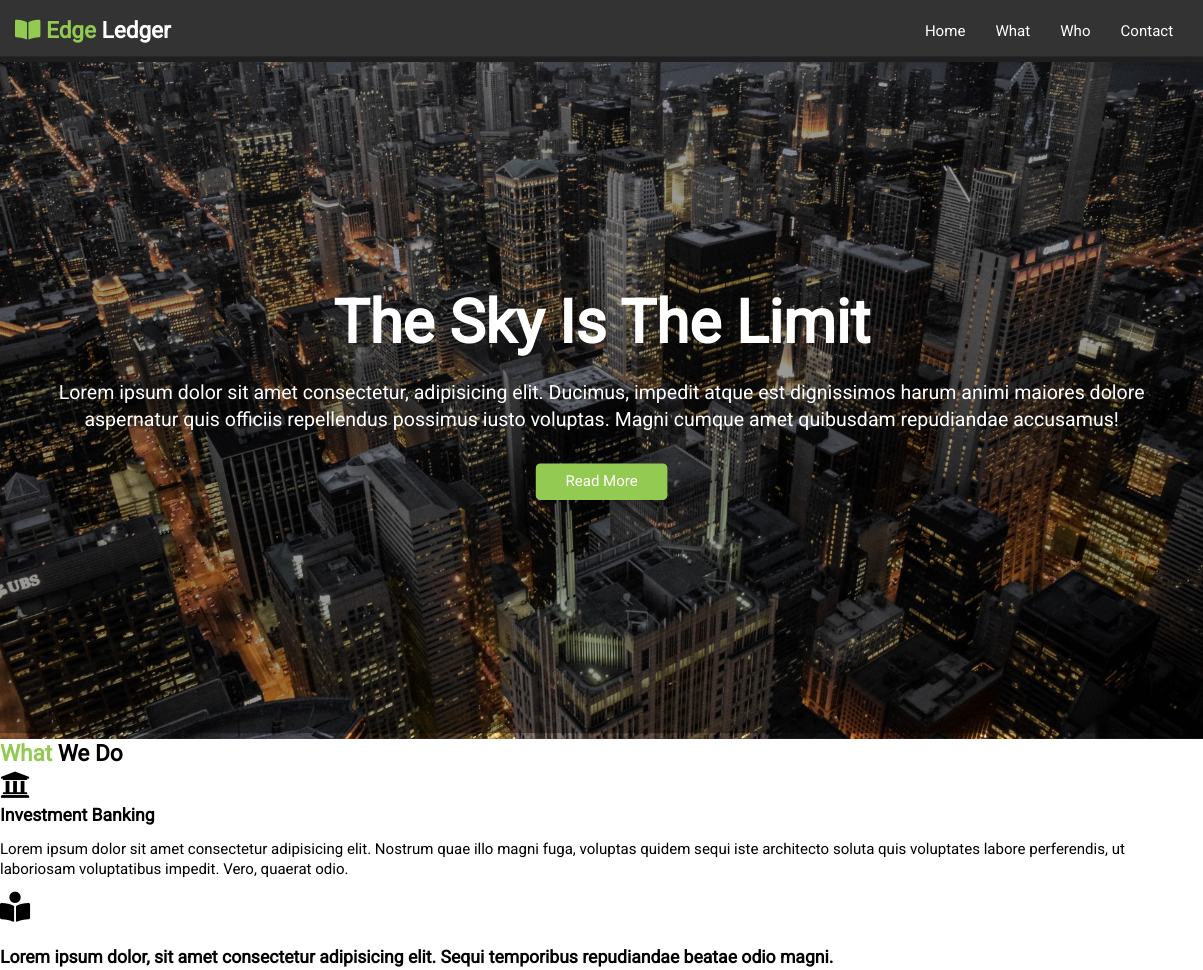
Repository: minhtien9/EdgeLedger-Financial-Web
Page: index.html
The author's editor kept a copy of each file at every save. The page is drawn from the files as they stood at one save, then again after the next save.
The browser window is 1280 px wide. The pictures show the whole page, at 94% of full size.

Above is the page before, as saved 2021-08-16 22:11:09.

### index.html
<!DOCTYPE html>
<html lang="en">

<head>
    <meta charset="UTF-8" />
    <meta http-equiv="X-UA-Compatible" content="IE=edge" />
    <meta name="viewport" content="width=device-width, initial-scale=1.0" />
    <link rel="stylesheet" href="https://cdnjs.cloudflare.com/ajax/libs/font-awesome/5.15.4/css/all.min.css" integrity="sha512-1ycn6IcaQQ40/MKBW2W4Rhis/DbILU74C1vSrLJxCq57o941Ym01SwNsOMqvEBFlcgUa6xLiPY/NS5R+E6ztJQ==" crossorigin="anonymous" referrerpolicy="no-referrer"
    />
    <link rel="stylesheet" media="screen and (max-width:768px)" href="css/mobile.css" />
    <link rel="stylesheet" media="screen  and (min-width:1100)" href="css/widescreen.css" />
    <link rel="stylesheet" href="css/style.css" />
    <title>EdgeLedger Financial | Accounting & Investment</title>
</head>

<body id="home">
    <!-- Navbar -->
    <nav id="navbar">
        <h1 class="logo">
            <span class="text-primary"> <i class="fas fa-book-open"></i> Edge </span
        >Ledger
      </h1>
      <ul>
        <li><a href="#home">Home</a></li>
        <li><a href="#what">What</a></li>
        <li><a href="#who">Who</a></li>
        <li><a href="#contact">Contact</a></li>
      </ul>
    </nav>
    <!-- Header: Showcase -->
    <header id="showcase">
      <div class="showcase-content">
        <h1 class="l-heading">The Sky Is The Limit</h1>
        <p class="lead">
          Lorem ipsum dolor sit amet consectetur, adipisicing elit. Ducimus,
          impedit atque est dignissimos harum animi maiores dolore aspernatur
          quis officiis repellendus possimus iusto voluptas. Magni cumque amet
          quibusdam repudiandae accusamus!
        </p>
        <a href="#what" class="btn">Read More</a>
      </div>
    </header>
    <!-- Section: What We Do -->
    <section id="what" class="bg-ligh py-1">
      <div class="container">
        <h2 class="m-heading"><span class="text-primary">What</span> We Do</h2>
            <div class="items">
                <div class="item">
                    <i class="fas fa-university fa-2x"></i>
                    <div>
                        <h3>Investment Banking</h3>
                        <p>
                            Lorem ipsum dolor sit amet consectetur adipisicing elit. Nostrum quae illo magni fuga, voluptas quidem sequi iste architecto soluta quis voluptates labore perferendis, ut laboriosam voluptatibus impedit. Vero, quaerat odio.
                        </p>
                    </div>
                </div>
                <div class="item">
                    <i class="fas fa-book-reader fa-2x"></i>
                    <div>
                        <h3></h3>
                    </div>
                </div>
                <div class="item">
                    <i class="fas fa-pencil-altuniversity fa-2x"></i>
                    <div>
                        <h3>
                            Lorem ipsum dolor, sit amet consectetur adipisicing elit. Sequi temporibus repudiandae beatae odio magni.
                        </h3>
                    </div>
                </div>
                <div class="item"></div>
                <div class="item"></div>
            </div>
            </div>
            </section>
</body>

</html>

### css/style.css
@import url('https://fonts.googleapis.com/css2?family=Roboto&display=swap');
* {
    box-sizing: border-box;
    margin: 0;
    padding: 0;
}

body {
    font-family: 'Roboto', sans-serif;
    line-height: 1.4;
}

a {
    text-decoration: none;
}

p {
    margin: 0.75rem 0;
}


/* Utility Classes */

.text-primary {
    color: #93cb52;
}

.l-heading {
    font-size: 4rem;
    margin-bottom: 0.75rem;
    line-height: 1.1;
}

.lead {
    font-size: 1.3rem;
    margin-bottom: 2rem;
}

.btn {
    display: inline-block;
    color: #fff;
    background: #93cb52;
    padding: 0.5rem 2rem;
    border: none;
    border-radius: 5px;
}

.btn:hover {
    background: #7ab436;
}

.btn-dark {
    background: #333;
    color: #fff;
}


/* Navbar */

#navbar {
    display: flex;
    position: stick;
    top: 0;
    background: #333;
    color: #fff;
    justify-content: space-between;
    z-index: 1;
    padding: 1rem;
}

#navbar ul {
    display: flex;
    align-items: center;
    list-style: none;
}

#navbar ul li a {
    color: #fff;
    padding: 0.75rem;
    margin: 0 0.25rem;
}

#navbar ul li a:hover {
    background: #93cb52;
    border-radius: 5px;
}


/* Showcase */

#showcase {
    background: #333 url('../img/showcase.jpg') no-repeat center center/cover;
    height: 100vh;
    color: #fff;
}

#showcase .showcase-content {
    display: flex;
    flex-direction: column;
    text-align: center;
    justify-content: center;
    align-items: center;
    height: 100%;
    padding: 0 2rem;
    /* Overlay */
    position: absolute;
    top: 60px;
    left: 0;
    background-color: rgba(0, 0, 0, 0.4);
}

Loaded but not shown: css/mobile.css (no stored copy; drawn as an empty file); css/widescreen.css (no stored copy; drawn as an empty file)

After the next save:
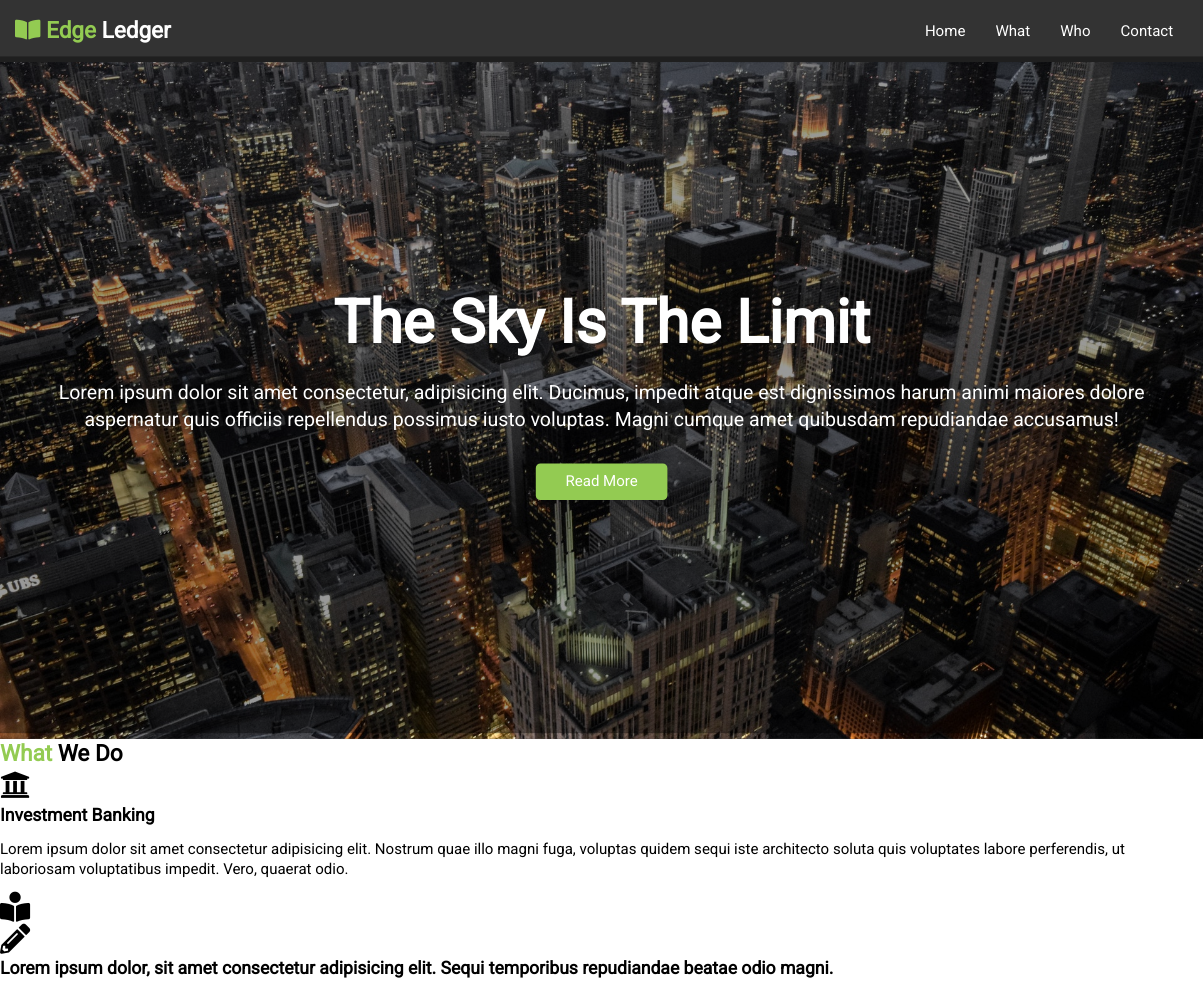
Saved 11 s later.
--- a/index.html
+++ b/index.html
@@ -61,7 +61,7 @@
                     </div>
                 </div>
                 <div class="item">
-                    <i class="fas fa-pencil-altuniversity fa-2x"></i>
+                    <i class="fas fa-pencil-alt fa-2x"></i>
                     <div>
                         <h3>
                             Lorem ipsum dolor, sit amet consectetur adipisicing elit. Sequi temporibus repudiandae beatae odio magni.
